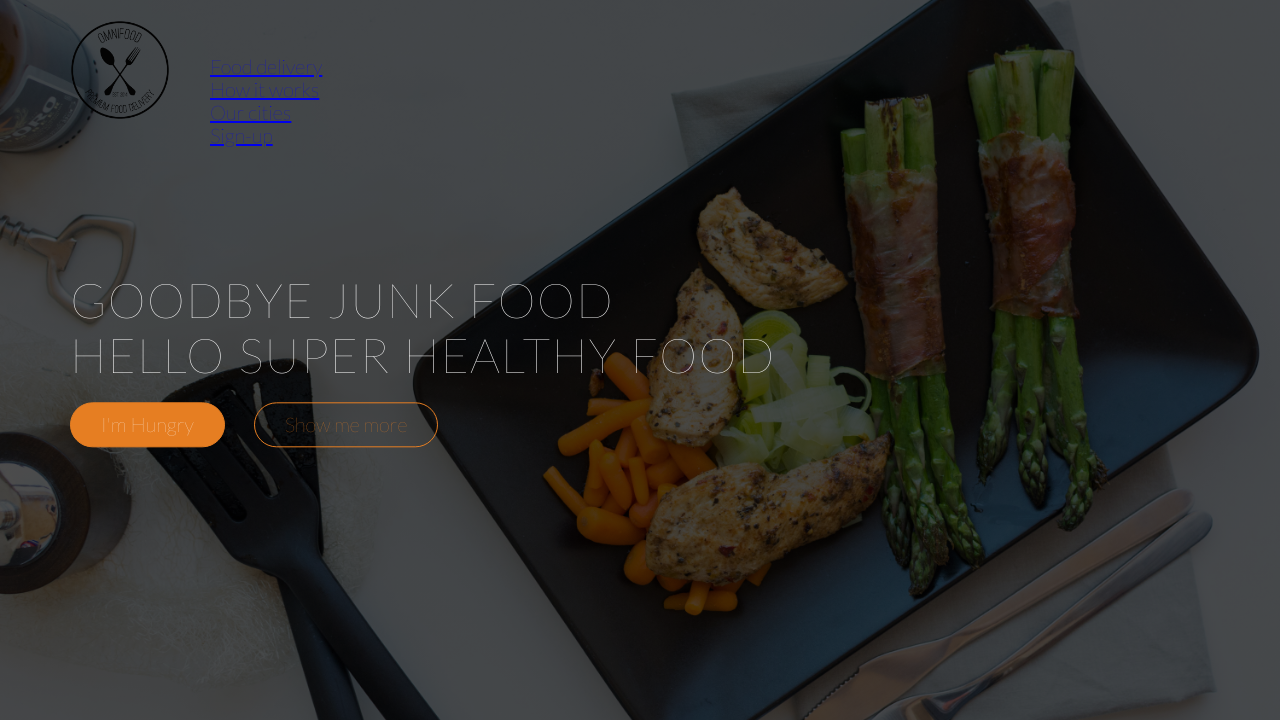
Repository: Priyanshubhartistm/FOODS-PROJECT
Page: index.html
These files come from the project's save history. The page is drawn as it stood at one moment and after the next save; the edit follows.
The browser window is 1280 px wide. The pictures show the whole page.

Above is the page before, as saved 2023-02-15 16:08:21.

After the next save:
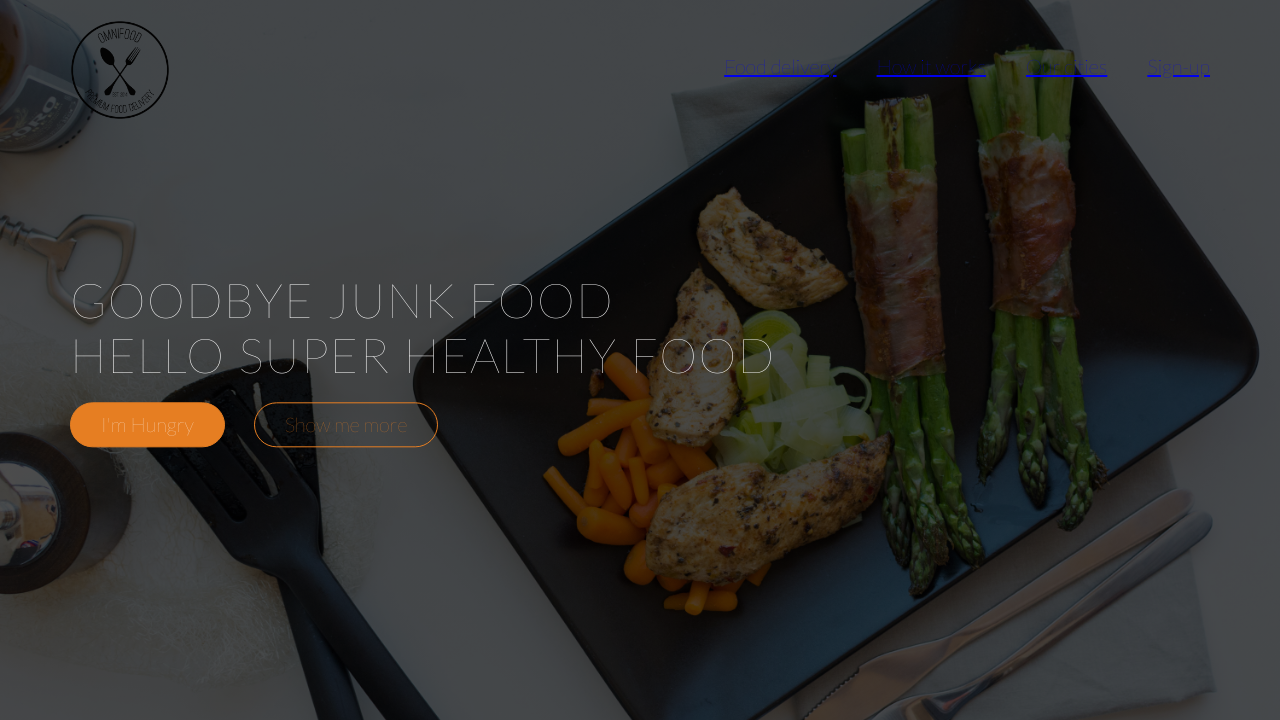
Saved 46 s later.
--- a/resources/css/style.css
+++ b/resources/css/style.css
@@ -99,7 +99,7 @@ h1 {
     list-style-type: none;
     margin-top: 55px;
 }
-.main-nav{
+.main-nav li{
     display: inline-block;
     margin-left: 40px;
     float: inline-start;
